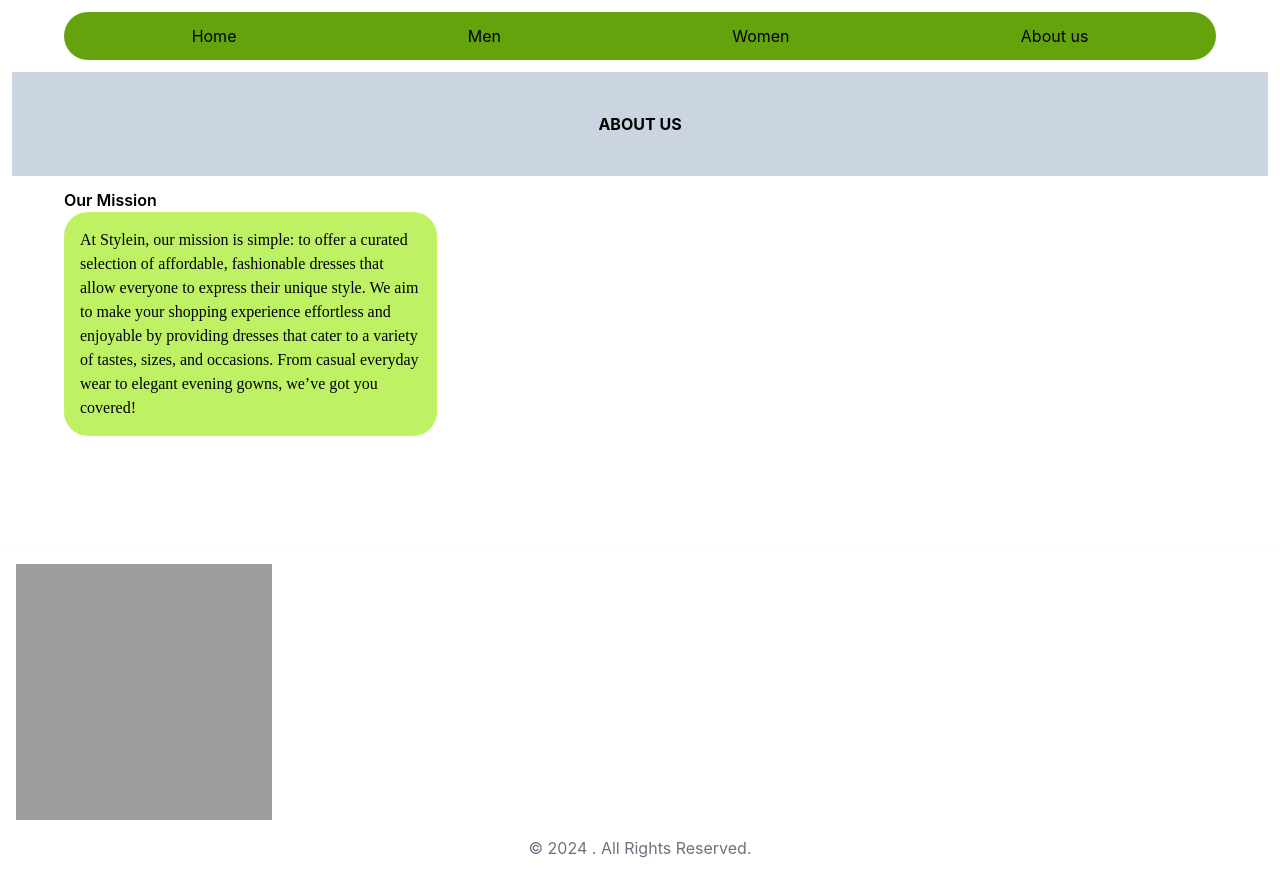
Repository: Mohankkanth/StyleIn_ShoppingSite
Page: /AboutUs
The author's editor kept a copy of each file at every save. The page is drawn from the files as they stood at one save, then again after a run of saves.
The browser window is 1280 px wide. The pictures show the whole page.
Pictures or frames that could not be fetched are drawn as grey boxes. The project was rebuilt for these pictures with package versions that can differ from the ones it lists, and the page was loaded fresh each time. Also part of the build but not shown: vite.config.js, src/component/Home/Home.jsx, src/component/api/MenProducts.jsx, src/component/Men/Men.jsx, src/component/Women/Women.jsx, src/component/api/KidsProducts.jsx, src/component/Kids/Kids.jsx, src/component/Errorpage/Errorpage.jsx and 18 more.

Above is the page before, as saved 2024-11-23 13:59:41.

After the next 6 saves:
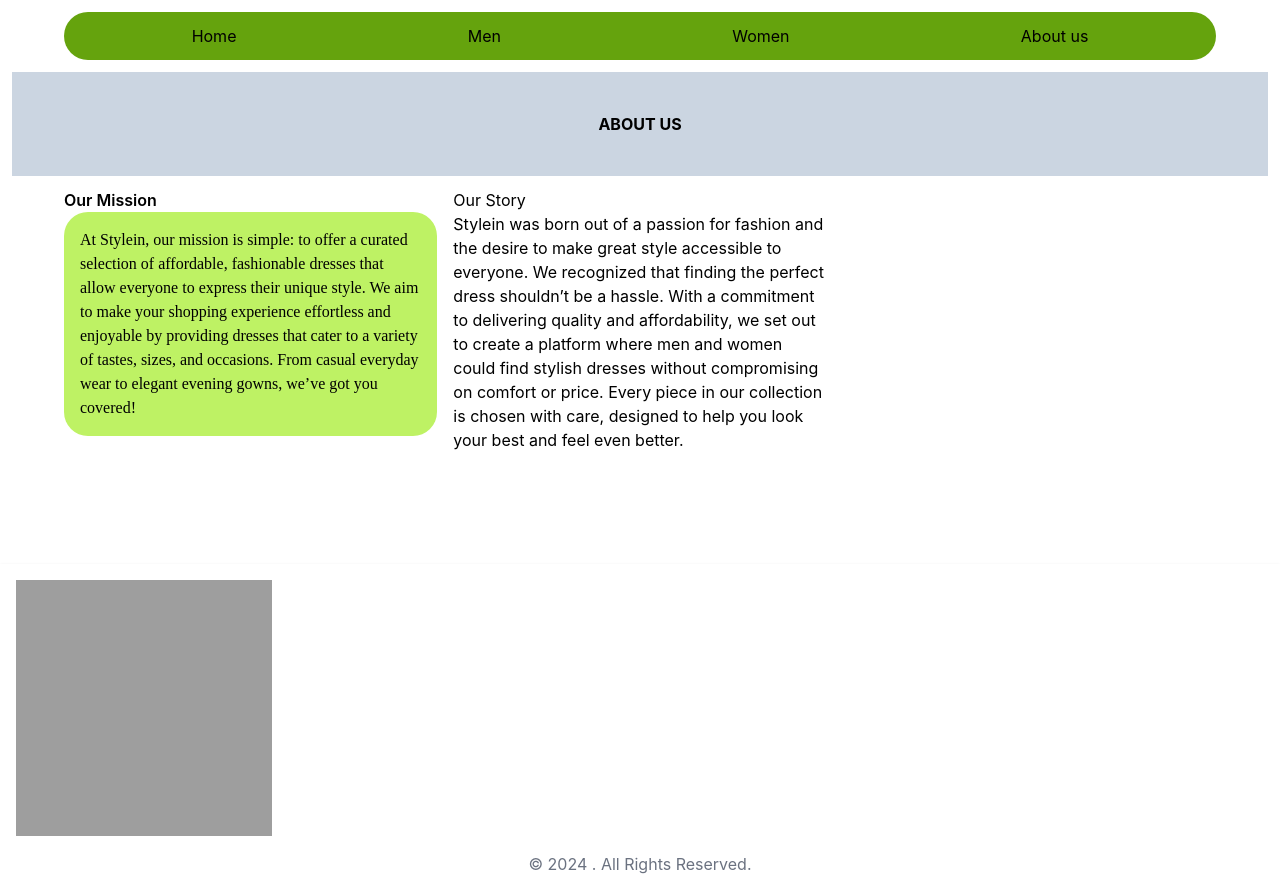
The 6 saves are shown as one change because they came seconds apart.
The last was saved 26 s later.
--- a/src/component/AboutUs/Aboutus.jsx
+++ b/src/component/AboutUs/Aboutus.jsx
@@ -14,7 +14,9 @@
                     </div>
 
                     <div>
-
+                        <p>Our Story</p>
+                        <p>
+                            Stylein was born out of a passion for fashion and the desire to make great style accessible to everyone. We recognized that finding the perfect dress shouldn’t be a hassle. With a commitment to delivering quality and affordability, we set out to create a platform where men and women could find stylish dresses without compromising on comfort or price. Every piece in our collection is chosen with care, designed to help you look your best and feel even better.</p>
                     </div>
                 </div>
             </div>
